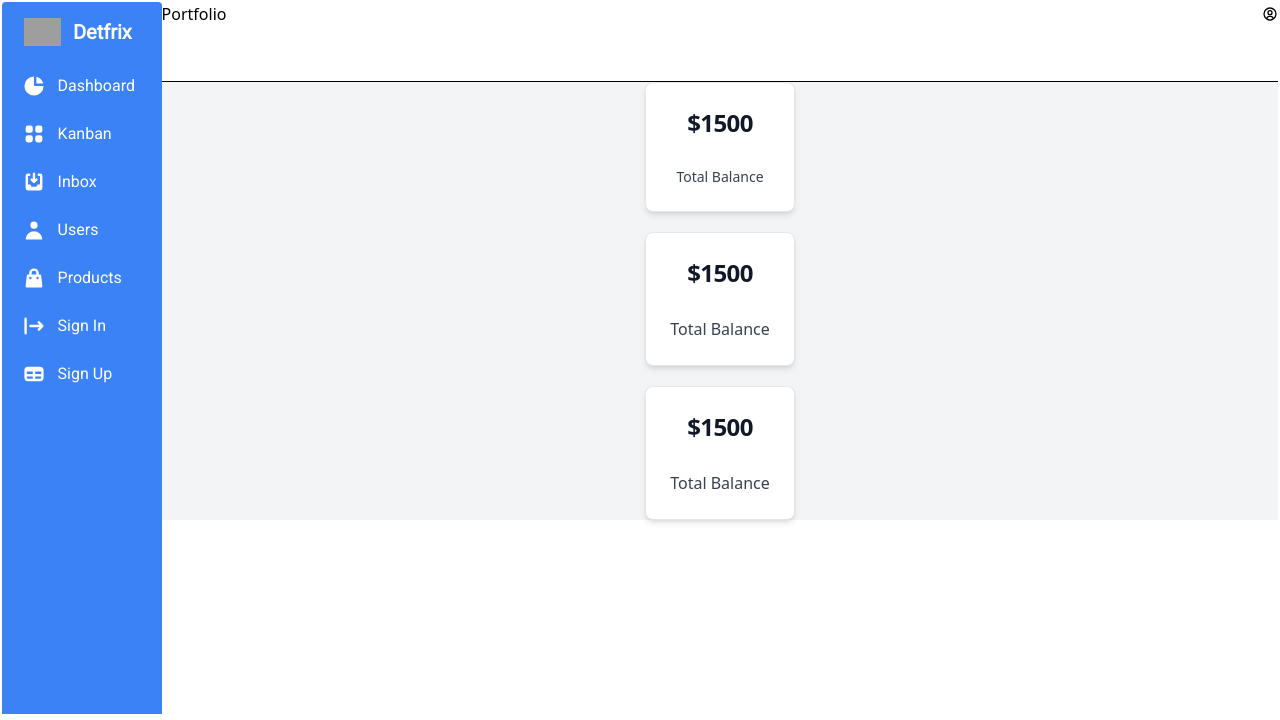
Repository: Elishaokon13/detfrix
Page: /dashboard
The author's editor kept a copy of each file at every save. The page is drawn from the files as they stood at one save, then again after the next save.
The browser window is 1280 px wide. The pictures show the whole page.
Pictures or frames that could not be fetched are drawn as grey boxes. The project was rebuilt for these pictures with package versions that can differ from the ones it lists, and the page was loaded fresh each time. Also part of the build but not shown: src/pages/SignIn.jsx, src/components/HomeHero.jsx, src/components/Navbar.jsx, src/components/Banner.jsx, src/components/Features.jsx, src/components/Footer.jsx, src/components/Plan.jsx, src/components/Testimonals.jsx and 3 more.

Above is the page before, as saved 2022-10-03 23:05:27.

### src/index.js
import React from "react";
import ReactDOM from "react-dom/client";
import "./index.css";
import "./alpha.css";
import App from "./App";

const root = ReactDOM.createRoot(document.getElementById("root"));
root.render(
   <React.StrictMode>
      <App />
   </React.StrictMode>
);

### src/index.css
@import url('https://fonts.googleapis.com/css2?family=Roboto&display=swap');

@tailwind base;
@tailwind components;
@tailwind utilities;

@layer utilities{
    @font-face {
        font-family: 'grotesk';
        src: url('/public/SpaceGrotesk.ttf');
    }
}

### src/alpha.css
:root {
  --color-primary-blue: #0057ff;
  --color-primary-blue-1: #447be7;
  --color-white: #f4f4f4;
}

.dashboard {
  display: grid;
  grid-template-columns: 10rem 1fr;
  grid-template-rows: 75px 1fr 0px;
  grid-template-areas: "sidenav body";
  height: 99vh;
  margin: 0.1rem;
  overflow: hidden;
}
@media only screen and (max-width: 41.875em) {
  .dashboard {
    grid-template-areas: "body";
    grid-template-columns: 1fr;
    height: 100vh;
    margin: 0px;
  }
}
.dashboard_sidebar {
  grid-area: sidenav;
}
@media only screen and (max-width: 41.875em) {
  .dashboard_sidebar {
    display: none;
  }
}
.dashboard_body {
  grid-area: body;
}
.dashboard_header {
  height: 5rem;
  border-bottom: 1px solid;
}
.dashboard_content {
  height: 88.5vh;
  overflow-x: auto;
}

.portfolio-header {
  height: inherit;
  padding: 2rem;
}
.portfolio-icon {
  height: 3rem;
  width: 3rem;
  fill: rgb(65, 65, 65);
}
.portfolio_box {
  padding: 2rem 5rem;
  border-radius: 10px;
  border: transparent;
  background-color: var(--color-white);
  outline: 1px solid var(--color-primary-blue);
  border-bottom: 15px solid rgba(68, 123, 231, 0.2);
}
.portfolio_box > h3 {
  font-size: 2rem;
  font-weight: 600;
  margin-bottom: 3rem;
}
.portfolio_box > p {
  text-transform: capitalize;
  font-size: 1.2rem;
  font-weight: 600;
}
.portfolio-cards {
  margin: 1rem;
}
@media only screen and (max-width: 57.5em) {
  .portfolio-cards {
    display: grid;
    grid-template-columns: repeat(auto-fit, minmax(15rem, 1fr));
  }
}

/*# sourceMappingURL=alpha.css.map */

### src/App.js
import {BrowserRouter as Router, Routes, Route} from 'react-router-dom';
import Home from './pages/Home'
import NotFound from './pages/NotFound'
import SignIn from './pages/SignIn'
import Dashboard from './pages/Dashboard';

function App() {
  return (
    <div className="App">
    <Router>
        <Routes>
          <Route path="/" element={<Home />} />
          <Route path="/signin" element={<SignIn />} />
          <Route path="/dashboard" element={<Dashboard />} />
          <Route path="*" element={<NotFound />} />
        </Routes>
    </Router>

    </div>
  );
}

export default App;

### src/pages/Dashboard.jsx
import React from "react";
import DashboardLayout from "../organism/layout/DashboardLayout";
import Portfolio from "../portfolio/Portfolio";

export default function Dashboard() {
   return (
      <DashboardLayout>
         <Portfolio />
      </DashboardLayout>
   );
}

### src/organism/layout/DashboardLayout/index.js
import {DashboardLayout} from "./dashboardLayout";
export default DashboardLayout;

### src/portfolio/Portfolio.jsx
import React from "react"

export default function Portfolio() {
    return (
        <div className="grid grid-cols gap-5 p-70 items-center -right-23 justify-center w-full bg-gray-100 dark:bg-gray-900">



            <a href="#" class="block flex flex-col gap-5  item-start p-6 max-w-2xl bg-white rounded-lg border border-gray-200 shadow-md hover:bg-blue-100 dark:bg-gray-800 dark:border-gray-700 dark:hover:bg-gray-700">
                <h5 class="  mb-2 text-2xl text-center font-bold tracking-tight text-gray-900 dark:text-white">$1500</h5>
                <p class="font-normal text-sm text-center text-gray-700 dark:text-gray-400">Total Balance</p>
            </a>


            <a href="#" class="block flex flex-col gap-5 p-6 max-w-sm bg-white rounded-lg border border-gray-200 shadow-md hover:bg-blue-100 dark:bg-gray-800 dark:border-gray-700 dark:hover:bg-gray-700">
                <h5 class="mb-2 text-2xl font-bold text-center tracking-tight text-gray-900 dark:text-white">$1500</h5>
                <p class="font-normal text-gray-700 dark:text-gray-400">Total Balance</p>
            </a>


            <a href="#" class="block p-6 max-w-sm gap-5 flex flex-col bg-white rounded-lg border border-gray-200 shadow-md hover:bg-blue-100 dark:bg-gray-800 dark:border-gray-700 dark:hover:bg-gray-700">
                <h5 class="mb-2 text-2xl font-bold text-center tracking-tight text-gray-900 dark:text-white">$1500</h5>
                <p class="font-normal text-gray-700 dark:text-gray-400">Total Balance</p>
            </a>


        </div>
    )
}

### src/organism/layout/DashboardLayout/dashboardLayout.jsx
import Sidebar from "../../../components/Sidebar";
import Header from "../../base/dashboardHeader";

export const DashboardLayout = ({ children }) => {
   return (
      <section className="dashboard">
         <div className="dashboard_sidebar">
            <Sidebar />
         </div>
         <div className="dashboard_body">
            <header className="dashboard_header">
               <Header />
            </header>
            <main className="dashboard_content">{children}</main>
         </div>
      </section>
   );
};

### src/components/Sidebar.jsx
import { BsArrowLeftShort } from 'react-icons/bs';
import { useState } from 'react';

const Sidebar = () => {
   const [open, setOpen] = useState(true);

   return (

      <aside class='w-20  md:w-40' aria-label="Sidebar">
         <div class='overflow-y-auto py-4 px-3  h-screen font-[roboto] bg-blue-500 rounded dark:bg-white-800'>

            <a href="https://flowbite.com/" class="flex items-center pl-2.5 mb-5">
               <img src="https://flowbite.com/docs/images/logo.svg" class="mr-3 h-6 sm:h-7" alt="Flowbite Logo" />
               <span class="self-center text-xl hidden md:inline font-semibold whitespace-nowrap text-white">Detfrix</span>
            </a>

            <ul class="space-y-2">
               <li>
                  <a href="#" class="flex items-center p-2 text-base font-normal text-white rounded-lg dark:text-white hover:bg-white-100 dark:hover:bg-white-700">
                     <svg aria-hidden="true" class="w-6 h-6 text-white transition duration-75 text-white-400 group-hover:text-white dark:group-hover:text-white" fill="currentColor" viewBox="0 0 20 20" xmlns="http://www.w3.org/2000/svg"><path d="M2 10a8 8 0 018-8v8h8a8 8 0 11-16 0z"></path><path d="M12 2.252A8.014 8.014 0 0117.748 8H12V2.252z"></path></svg>
                     <span class="ml-3 hidden md:inline">Dashboard</span>
                  </a>
               </li>
               <li>
                  <a href="#" class="flex items-center p-2 text-base font-normal text-white rounded-lg dark:text-white hover:bg-white-100 dark:hover:bg-white-700">
                     <svg aria-hidden="true" class="flex-shrink-0 w-6 h-6 text-white transition duration-75 dark:text-white-400 group-hover:text-white dark:group-hover:text-white" fill="currentColor" viewBox="0 0 20 20" xmlns="http://www.w3.org/2000/svg"><path d="M5 3a2 2 0 00-2 2v2a2 2 0 002 2h2a2 2 0 002-2V5a2 2 0 00-2-2H5zM5 11a2 2 0 00-2 2v2a2 2 0 002 2h2a2 2 0 002-2v-2a2 2 0 00-2-2H5zM11 5a2 2 0 012-2h2a2 2 0 012 2v2a2 2 0 01-2 2h-2a2 2 0 01-2-2V5zM11 13a2 2 0 012-2h2a2 2 0 012 2v2a2 2 0 01-2 2h-2a2 2 0 01-2-2v-2z"></path></svg>
                     <span class="flex-1 ml-3 hidden md:inline whitespace-nowrap">Kanban</span>

                  </a>
               </li>
               <li>
                  <a href="#" class="flex items-center p-2 text-base font-normal text-white rounded-lg dark:text-white hover:bg-white-100 dark:hover:bg-white-700">
                     <svg aria-hidden="true" class="flex-shrink-0 w-6 h-6 text-white transition duration-75 dark:text-white-400 group-hover:text-white dark:group-hover:text-white" fill="currentColor" viewBox="0 0 20 20" xmlns="http://www.w3.org/2000/svg"><path d="M8.707 7.293a1 1 0 00-1.414 1.414l2 2a1 1 0 001.414 0l2-2a1 1 0 00-1.414-1.414L11 7.586V3a1 1 0 10-2 0v4.586l-.293-.293z"></path><path d="M3 5a2 2 0 012-2h1a1 1 0 010 2H5v7h2l1 2h4l1-2h2V5h-1a1 1 0 110-2h1a2 2 0 012 2v10a2 2 0 01-2 2H5a2 2 0 01-2-2V5z"></path></svg>
                     <span class="flex-1 ml-3 hidden md:inline whitespace-nowrap">Inbox</span>

                  </a>
               </li>
               <li>
                  <a href="#" class="flex items-center p-2 text-base font-normal text-white rounded-lg dark:text-white hover:bg-white-100 dark:hover:bg-white-700">
                     <svg aria-hidden="true" class="flex-shrink-0 w-6 h-6 text-white transition duration-75 dark:text-white-400 group-hover:text-white dark:group-hover:text-white" fill="currentColor" viewBox="0 0 20 20" xmlns="http://www.w3.org/2000/svg"><path fill-rule="evenodd" d="M10 9a3 3 0 100-6 3 3 0 000 6zm-7 9a7 7 0 1114 0H3z" clip-rule="evenodd"></path></svg>
                     <span class="flex-1 ml-3 hidden md:inline whitespace-nowrap">Users</span>
                  </a>
               </li>
               <li>
                  <a href="#" class="flex items-center p-2 text-base font-normal text-white rounded-lg dark:text-white hover:bg-white-100 dark:hover:bg-white-700">
                     <svg aria-hidden="true" class="flex-shrink-0 w-6 h-6 text-white transition duration-75 dark:text-white-400 group-hover:text-white dark:group-hover:text-white" fill="currentColor" viewBox="0 0 20 20" xmlns="http://www.w3.org/2000/svg"><path fill-rule="evenodd" d="M10 2a4 4 0 00-4 4v1H5a1 1 0 00-.994.89l-1 9A1 1 0 004 18h12a1 1 0 00.994-1.11l-1-9A1 1 0 0015 7h-1V6a4 4 0 00-4-4zm2 5V6a2 2 0 10-4 0v1h4zm-6 3a1 1 0 112 0 1 1 0 01-2 0zm7-1a1 1 0 100 2 1 1 0 000-2z" clip-rule="evenodd"></path></svg>
                     <span class="flex-1 ml-3 hidden md:inline whitespace-nowrap">Products</span>
                  </a>
               </li>
               <li>
                  <a href="#" class="flex items-center p-2 text-base font-normal text-white rounded-lg dark:text-white hover:bg-white-100 dark:hover:bg-white-700">
                     <svg aria-hidden="true" class="flex-shrink-0 w-6 h-6 text-white transition duration-75 dark:text-white-400 group-hover:text-white dark:group-hover:text-white" fill="currentColor" viewBox="0 0 20 20" xmlns="http://www.w3.org/2000/svg"><path fill-rule="evenodd" d="M3 3a1 1 0 00-1 1v12a1 1 0 102 0V4a1 1 0 00-1-1zm10.293 9.293a1 1 0 001.414 1.414l3-3a1 1 0 000-1.414l-3-3a1 1 0 10-1.414 1.414L14.586 9H7a1 1 0 100 2h7.586l-1.293 1.293z" clip-rule="evenodd"></path></svg>
                     <span class="flex-1 ml-3 hidden md:inline whitespace-nowrap">Sign In</span>
                  </a>
               </li>
               <li>
                  <a href="#" class="flex items-center p-2 text-base font-normal text-white rounded-lg dark:text-white hover:bg-white-100 dark:hover:bg-white-700">
                     <svg aria-hidden="true" class="flex-shrink-0 w-6 h-6 text-white transition duration-75 dark:text-white-400 group-hover:text-white dark:group-hover:text-white" fill="currentColor" viewBox="0 0 20 20" xmlns="http://www.w3.org/2000/svg"><path fill-rule="evenodd" d="M5 4a3 3 0 00-3 3v6a3 3 0 003 3h10a3 3 0 003-3V7a3 3 0 00-3-3H5zm-1 9v-1h5v2H5a1 1 0 01-1-1zm7 1h4a1 1 0 001-1v-1h-5v2zm0-4h5V8h-5v2zM9 8H4v2h5V8z" clip-rule="evenodd"></path></svg>
                     <span class="flex-1 ml-3 hidden md:inline whitespace-nowrap">Sign Up</span>
                  </a>
               </li>
            </ul>
         </div>
      </aside>
   )
}

export default Sidebar

### src/organism/base/dashboardHeader/index.js
import { Header } from "./header";
export default Header;

### src/organism/base/dashboardHeader/header.jsx
import { BiUserCircle } from "react-icons/bi";
export const Header = () => {
   return (
      <div className="flex items-center justify-between porfolio-header">
         <h2>Portfolio</h2>
         <span>
            <BiUserCircle />
         </span>
      </div>
   );
};

### tailwind.config.js
/** @type {import('tailwindcss').Config} */
module.exports = {
  content: [
    "./src/**/*.{js,jsx,ts,tsx}",
  ],
  theme: {
    fontFamily:{
      'roboto': ['roboto', 'sans-serif'],
      'syne': ['syne', 'sans-serif']
    },
    extend: {},
  },
  plugins: [],
}

Loaded but not shown: public/index.html (common file)

After the next save:
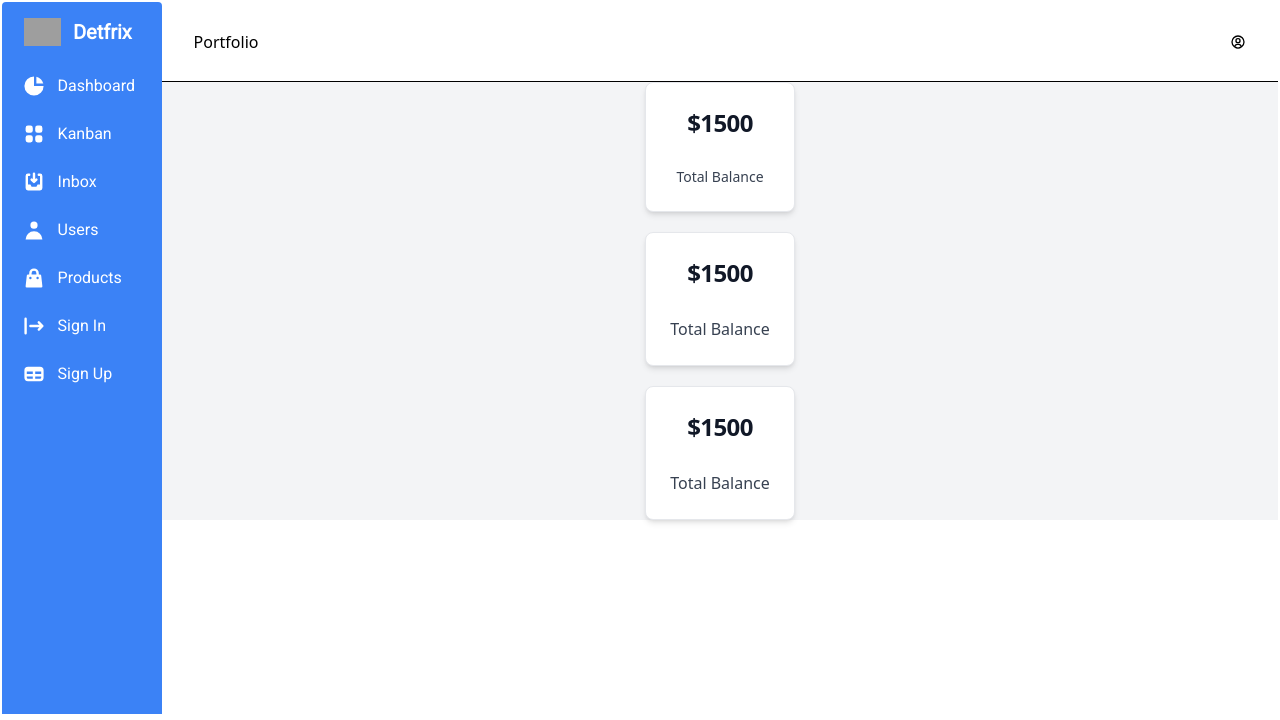
Saved 17 s later.
--- a/src/organism/base/dashboardHeader/header.jsx
+++ b/src/organism/base/dashboardHeader/header.jsx
@@ -1,7 +1,7 @@
 import { BiUserCircle } from "react-icons/bi";
 export const Header = () => {
    return (
-      <div className="flex items-center justify-between porfolio-header">
+      <div className="flex items-center justify-between portfolio-header">
          <h2>Portfolio</h2>
          <span>
             <BiUserCircle />
